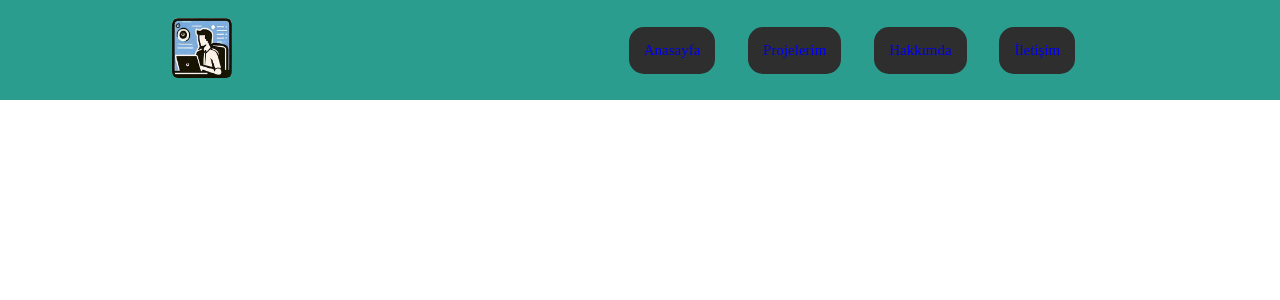
Repository: 0hasandemirtas/react-odev
Page: /
The author's editor kept a copy of each file at every save. The page is drawn from the files as they stood at one save, then again after the next save.
The browser window is 1280 px wide. The pictures show the whole page.
The project was rebuilt for these pictures with package versions that can differ from the ones it lists, and the page was loaded fresh each time.

Above is the page before, as saved 2024-06-16 14:29:36.

After the next save:
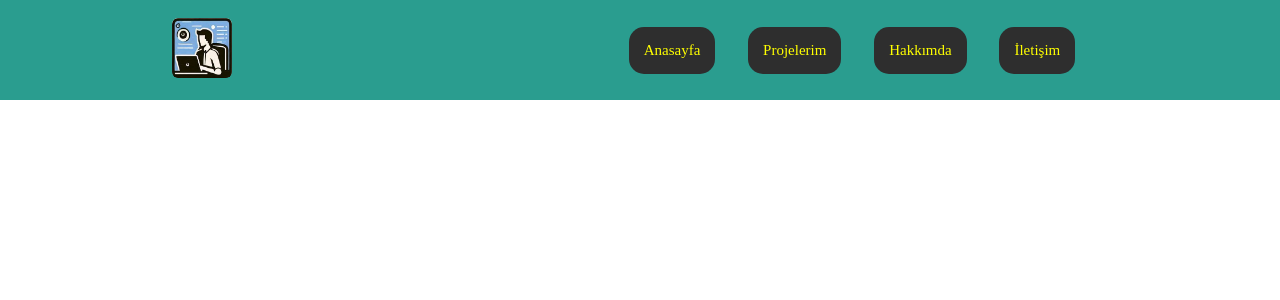
Saved 10 s later.
--- a/src/components/header/stylesheet.js
+++ b/src/components/header/stylesheet.js
@@ -34,7 +34,7 @@ const useStyles = createUseStyles({
         borderRadius:"15px",
         textDecoration:"none",
         fontSize:"15px",
-        color:"3e3e3e"
+        color:"yellow"
     }
 },
 {
